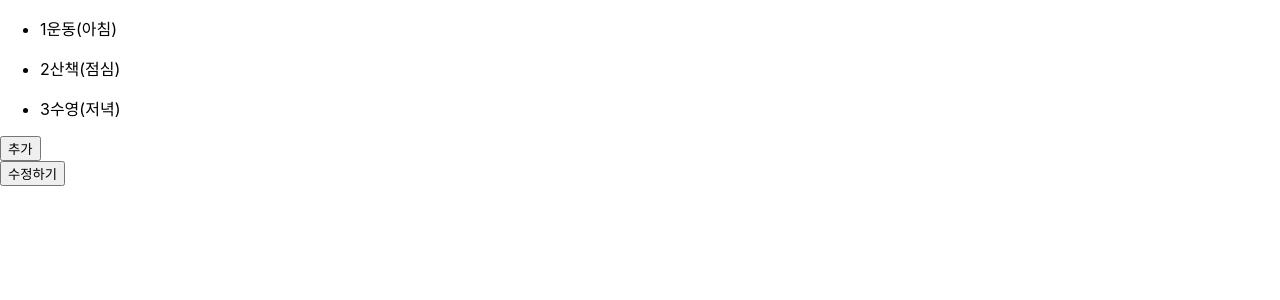
Repository: 0gunkim/REACT-TODO-PRAC
Page: / (app in todo/)
The author's editor kept a copy of each file at every save. The page is drawn from the files as they stood at one save, then again after the next save.
The browser window is 1280 px wide. The pictures show the whole page.
The project was rebuilt for these pictures with package versions that can differ from the ones it lists, and the page was loaded fresh each time.

Above is the page before, as saved 2023-01-04 13:44:41.

After the next save:
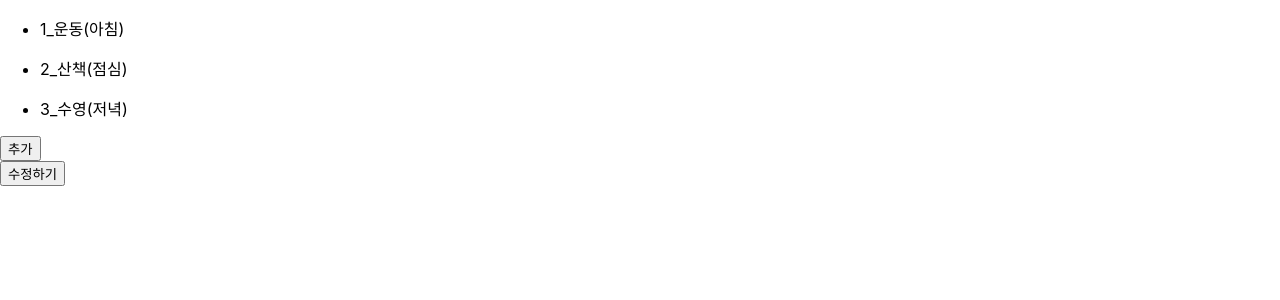
Saved 12 s later.
--- a/todo/src/pages/TodoList.jsx
+++ b/todo/src/pages/TodoList.jsx
@@ -12,7 +12,7 @@ export default function TodoList() {
                 return(
                 <div key={list.id}>
                     <ul>
-                        <li>{list.id}{list.title}({list.time})</li>
+                        <li>{list.id}_{list.title}({list.time})</li>
                     </ul>
                 </div>
 
